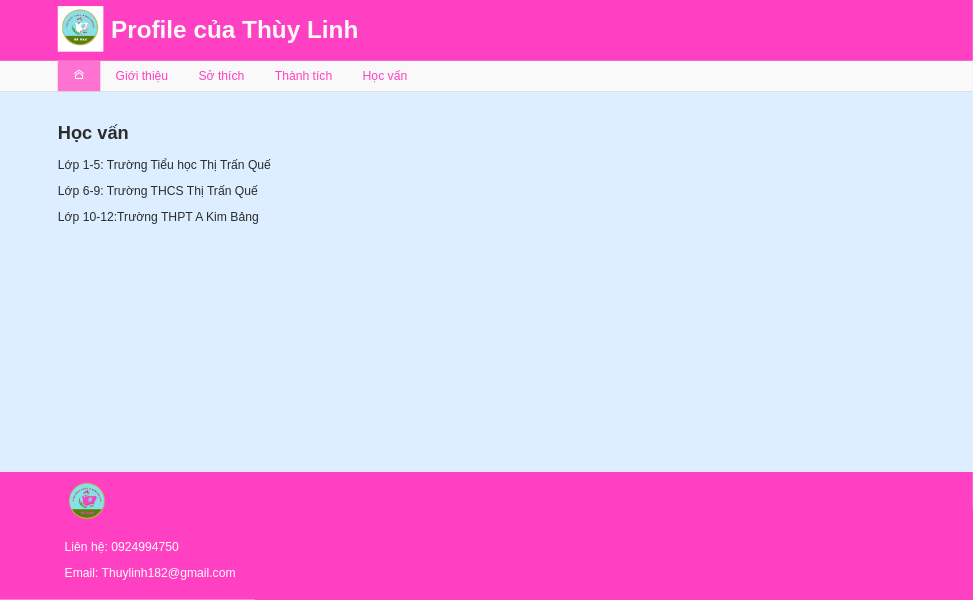
Repository: DucLong-PD07979/profile-vu-thuy-linh
Page: hoc-van.html
The author's editor kept a copy of each file at every save. The page is drawn from the files as they stood at one save, then again after the next save.
The browser window is 1280 px wide. The pictures show the whole page, at 76% of full size.

Above is the page before, as saved 2025-03-13 22:15:09.
Not found: script.js

### hoc-van.html
<!DOCTYPE html>
<html lang="vi">
    <head>
        <meta charset="UTF-8" />
        <meta name="viewport" content="width=device-width, initial-scale=1.0" />
        <title>Profile của Thùy Linh</title>
        <link rel="stylesheet" href="./css/main.css" />
        <script defer src="script.js"></script>
    </head>
    <body>
        <header>
            <div class="container">
                <div class="logo">
                    <img src="./images/anh-doan-3.jpg" alt="Logo" />
                </div>
                <h1>Profile của Thùy Linh</h1>
            </div>
        </header>
        <div class="menu-list">
            <div class="container">
                <nav>
                    <ul>
                        <li>
                            <a href="./index.html" class="active">
                                <svg
                                    xmlns="http://www.w3.org/2000/svg"
                                    viewBox="0 0 24 24"
                                    fill="currentColor"
                                >
                                    <path
                                        d="M12.5812 2.68627C12.2335 2.43791 11.7664 2.43791 11.4187 2.68627L1.9187 9.47198L3.08118 11.0994L11.9999 4.7289L20.9187 11.0994L22.0812 9.47198L12.5812 2.68627ZM19.5812 12.6863L12.5812 7.68627C12.2335 7.43791 11.7664 7.43791 11.4187 7.68627L4.4187 12.6863C4.15591 12.874 3.99994 13.177 3.99994 13.5V20C3.99994 20.5523 4.44765 21 4.99994 21H18.9999C19.5522 21 19.9999 20.5523 19.9999 20V13.5C19.9999 13.177 19.844 12.874 19.5812 12.6863ZM5.99994 19V14.0146L11.9999 9.7289L17.9999 14.0146V19H5.99994Z"
                                    ></path>
                                </svg>
                            </a>
                        </li>
                        <li>
                            <a href="./ban-than.html">Giới thiệu</a>
                            <ul class="menu-children">
                                <li><a href="./ban-than.html">Bản thân</a></li>
                                <li><a href="./gia-dinh.html">Gia đình</a></li>
                            </ul>
                        </li>
                        <li><a href="./so-thich.html">Sở thích</a></li>
                        <li><a href="./thanh-tich.html">Thành tích</a></li>
                        <li><a href="./hoc-van.html">Học vấn</a></li>
                    </ul>
                </nav>
            </div>
        </div>
        <section id="education">
            <div class="container">
                <h2>Học vấn</h2>
                <div class="education-section-content">
                    <div class="box">
                        <p>Lớp 1-5: Trường Tiểu học Thị Trấn Quế</p>
                    </div>
                    <div class="box">
                        <p>Lớp 6-9: Trường THCS Thị Trấn Quế</p>
                    </div>
                    <div class="box">
                        <p>Lớp 10-12:Trường THPT A Kim Bảng</p>
                    </div>
                </div>
            </div>
        </section>
        <footer>
            <div class="container">
                <div class="logo">
                    <img
                        src="./images/anh-doan-3-removebg-preview.png"
                        alt="Logo"
                    />
                </div>
                <p>Liên hệ: 0924994750</p>
                <p>Email: Thuylinh182@gmail.com</p>
            </div>
        </footer>
    </body>
</html>
<!-- https://profile-vu-thuy-linh.vercel.app/ -->

### css/main.css
* {
    box-sizing: border-box;
}

body {
    font-family: Arial, sans-serif;
    margin: 0;
    padding: 0;
    background-color: #f9f9f9;
    color: #2c2c2c;
}

.container {
    margin: 0 5%;
    padding: 0 12px;
}

header {
    background-color: #ff40c2;
    color: #f9f9f9;
}

header .container {
    display: flex;
    align-items: center;
}

.logo img {
    width: 60px;
    height: 60px;
    margin-right: 10px;
}

.menu-list {
    color: #ff40c2;
    border-bottom: 1px solid #d6d6d6;
}

nav ul {
    list-style: none;
    padding: 0;
    display: flex;
    align-items: center;
    margin: 0;
}

nav ul li {
    display: inline;
    position: relative;
}

nav ul li a {
    color: #ff40c2;
    text-decoration: none;
    padding: 10px 20px;
    display: block;
    font-size: 16px;
    transition: all 0.1s linear;
}

nav ul li a.active {
    background-color: #fe73d2;
}

nav ul li a svg {
    width: 16px;
    height: 16px;
    color: #ffffff;
}

nav ul li a:hover {
    color: white;
    background-color: #fe73d2;
}

.menu-children {
    position: absolute;
    z-index: 9;
    top: 100%;
    display: none;
    background-color: #f9f9f9;
}

nav ul li:hover .menu-children {
    display: block;
}

.participation-section {
    display: grid;
    gap: 10px;
    grid-template-columns: 1fr 1fr 1fr 1fr 1fr;
}

.item-1 {
    grid-column: 1 / 5;
    display: grid;
    grid-template-columns: 1fr 1fr;
    gap: 10px;
    width: 100%;
}

.item-2 {
    grid-column: 5 / 6;
}

.participation-section .item-1 img {
    width: 100%;
    height: 300px;
}

.participation-section .item-2 img {
    width: 100%;
    height: 240px;
    margin-bottom: 10px;
}

.participation-content {
    width: 100%;
}

.participation-content a {
    color: #404042;
    display: block;
    padding: 6px 0;
}

.participation-content a:hover {
    color: #fe73d2;
    text-decoration: underline;
}

/* giới thiệu bản thân */
#introduce-section {
    background-color: #fbdce2;
    width: 100%;
    padding: 20px 0;
}

.introduce-section-content {
    display: grid;
    grid-template-columns: 1fr 1fr;
    gap: 10px;
    align-items: center;
}

.introduce-section-content .box .gallery {
    width: 100%;
}

.introduce-section-content .box .gallery img {
    width: 100%;
    height: 400px;
    object-fit: fill;
}

.introduce-section-content .item-3 {
    grid-column: 1 /3;
    display: grid;
    gap: 20px;
    grid-template-columns: 1fr 1fr 1fr;
}

.introduce-section-content img {
    width: 100%;
    height: 600px;
    margin: 50px 0;
}

.introduce-section-content .box p {
    font-size: 18px;
}
/* gia dinh */

#family-section {
    background-color: #e8d5f3;
    width: 100%;
    padding: 20px 0;
}

.family-section-content {
    display: grid;
    grid-template-columns: 1fr 1fr 1fr 1fr;
    gap: 10px;
}

.family-section-content .box img {
    width: 100%;
    height: 340px;
    object-fit: fill;
}

.family-section-content .box p {
    font-size: 18px;
}

/* thanh tich */

#achievements {
    background-color: #eeeeeb;
    width: 100%;
    padding: 20px 0;
}

.achievements-section-content {
    display: grid;
    grid-template-columns: 1fr 1fr;
    gap: 10px;
}

.achievements-section-content .box img {
    width: 100%;
    height: 400px;
}

.achievements-section-content .box p {
    font-size: 18px;
}

/* học vấn */
#education {
    background-color: #dceeff;
    width: 100%;
    padding: 20px 0;
    min-height: 500px;
}

/* sở thích */
.hobbies-section-content .images {
    display: flex;
    gap: 10px;
    display: grid;
    grid-template-columns: 1fr 1fr 1fr;
}

.hobbies-section-content .images {
    width: 100%;
    margin-top: 120px;
    margin-bottom: 120px;
}

.hobbies-section-content .images img {
    width: 100%;
    height: 100%;
}

footer {
    background-color: #ff40c2;
    color: white;
    padding: 10px;
}

After the next save:
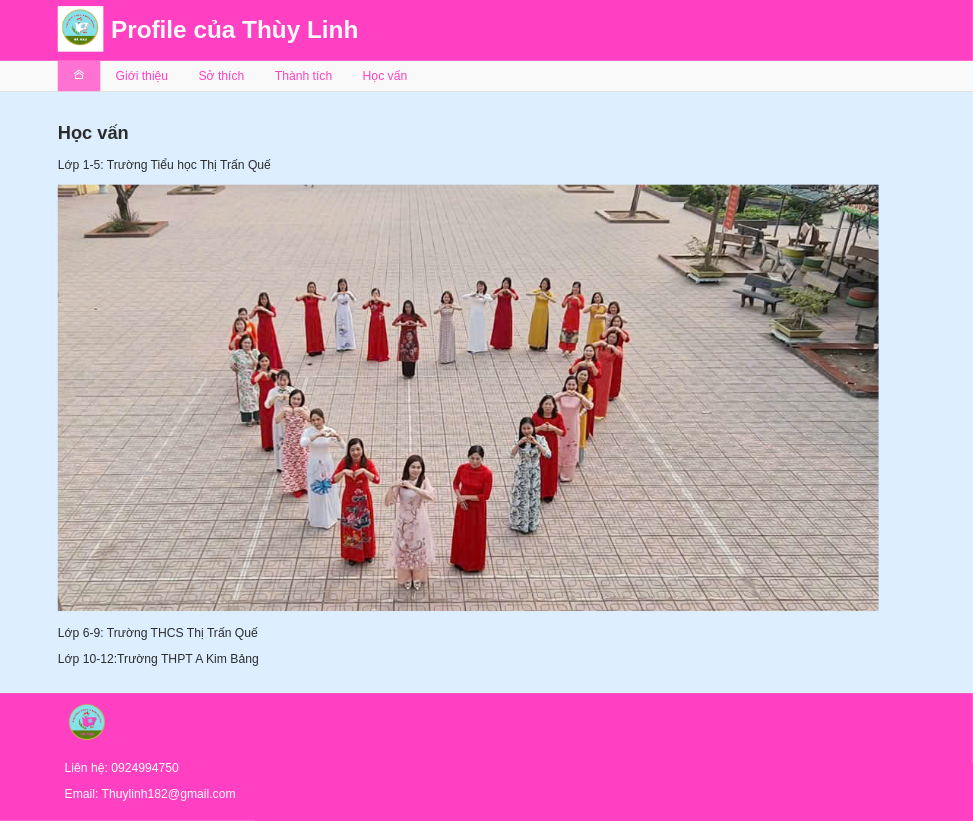
Not found: images/anh-lop-2.jpg
Saved 31 s later.
--- a/hoc-van.html
+++ b/hoc-van.html
@@ -53,6 +53,10 @@
                 <div class="education-section-content">
                     <div class="box">
                         <p>Lớp 1-5: Trường Tiểu học Thị Trấn Quế</p>
+                        <div class="images">
+                            <img src="./images/anh-lop-1.jpg" alt="">
+                            <img src="./images/anh-lop-2.jpg" alt="">
+                        </div>
                     </div>
                     <div class="box">
                         <p>Lớp 6-9: Trường THCS Thị Trấn Quế</p>

After the save that followed:
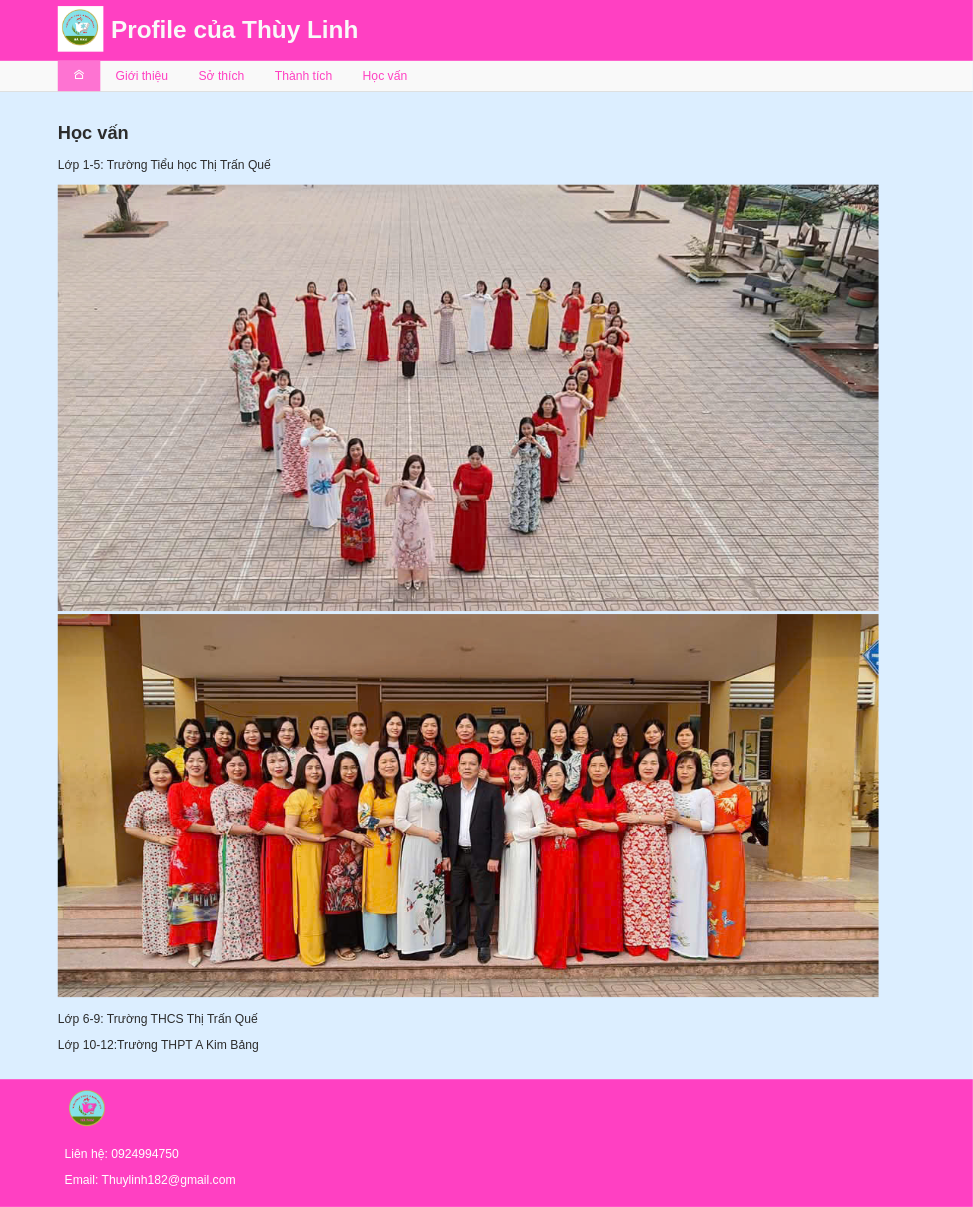
Saved 8 s later.
--- a/hoc-van.html
+++ b/hoc-van.html
@@ -55,7 +55,7 @@
                         <p>Lớp 1-5: Trường Tiểu học Thị Trấn Quế</p>
                         <div class="images">
                             <img src="./images/anh-lop-1.jpg" alt="">
-                            <img src="./images/anh-lop-2.jpg" alt="">
+                            <img src="./images/anh-lop-1-2.jpg" alt="">
                         </div>
                     </div>
                     <div class="box">
